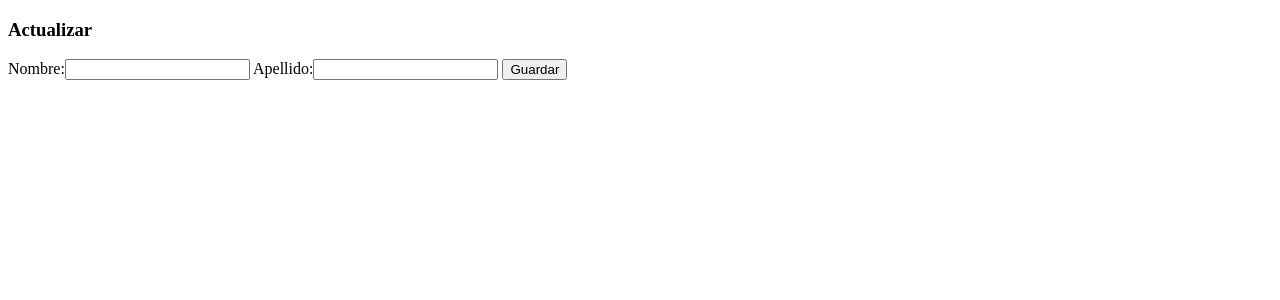
Repository: crisj1985/Proyectos
Page: http://localhost/CrudMvc/editar.jsp
The author's editor kept a copy of each file at every save. The page is drawn from the files as they stood at one save, then again after the next save.
The browser window is 1280 px wide. The pictures show the whole page.
The page is served by Tomcat 9. Other server files are loaded and not shown.

Above is the page before, as saved 2019-07-29 01:38:24.

### CrudMvc/WebContent/editar.jsp
<%@ page language="java" contentType="text/html; charset=ISO-8859-1"
    pageEncoding="ISO-8859-1"%>
<!DOCTYPE html>
<html>
<head>
<meta charset="ISO-8859-1">
<title>Insert title here</title>
</head>
<body>
<div><h3>Actualizar</h3></div>

<div>
	<form action="controlador" method="post">

		Nombre:<input type="text" name="txtNombre">
		Apellido:<input type="text" name="txtApellido">
		<input type="submit" name="accion" value="Guardar">

	</form>
</div>

</body>
</html>

After the next save:
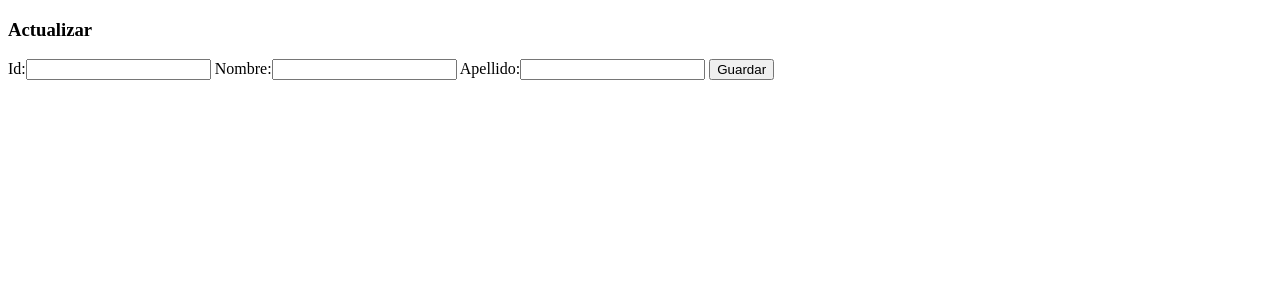
Saved 37 s later.
--- a/CrudMvc/WebContent/editar.jsp
+++ b/CrudMvc/WebContent/editar.jsp
@@ -12,6 +12,7 @@
 <div>
 	<form action="controlador" method="post">
 
+		Id:<input type="text" readonly = "" name="txtId">
 		Nombre:<input type="text" name="txtNombre">
 		Apellido:<input type="text" name="txtApellido">
 		<input type="submit" name="accion" value="Guardar">
